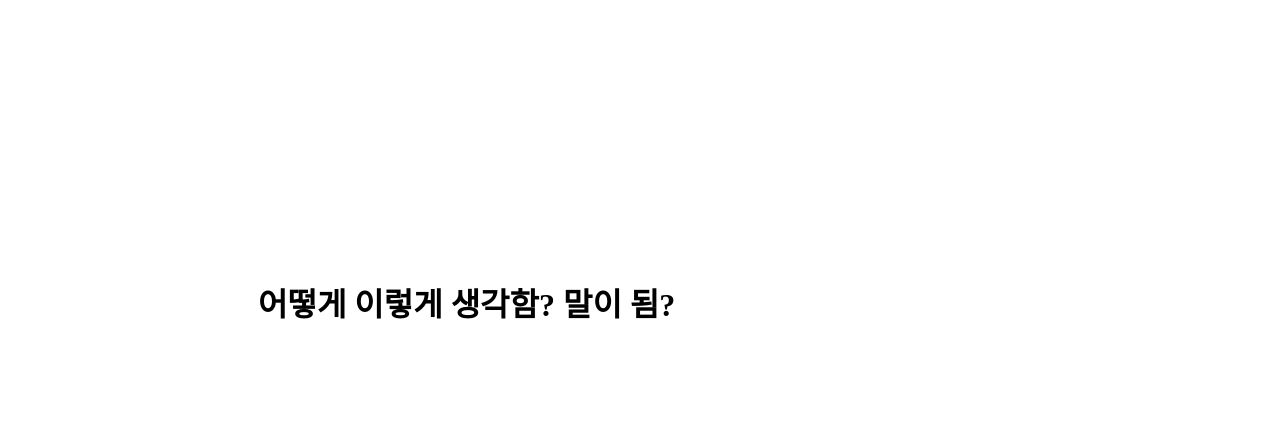
Repository: whgdkfk/web-workspace
Page: BurgerKingProject/src/main/webapp/static/Request_Page.html
These files come from the project's save history. The page is drawn as it stood at one moment and after the next save; the edit follows.
The browser window is 1280 px wide. The pictures show the whole page.

Above is the page before, as saved 2025-03-07 07:23:03.

### BurgerKingProject/src/main/webapp/static/Request_Page.html
<!DOCTYPE html>
<html>
<head>
<meta charset="UTF-8">
<title>눌렀음</title>
<style>
	body {
		padding: 250px;
	}
</style>
</head>
<body>
	<h1>어떻게 이렇게 생각함? 말이 됨?</h1>
	<br></br>
</body>
</html>

After the next save:
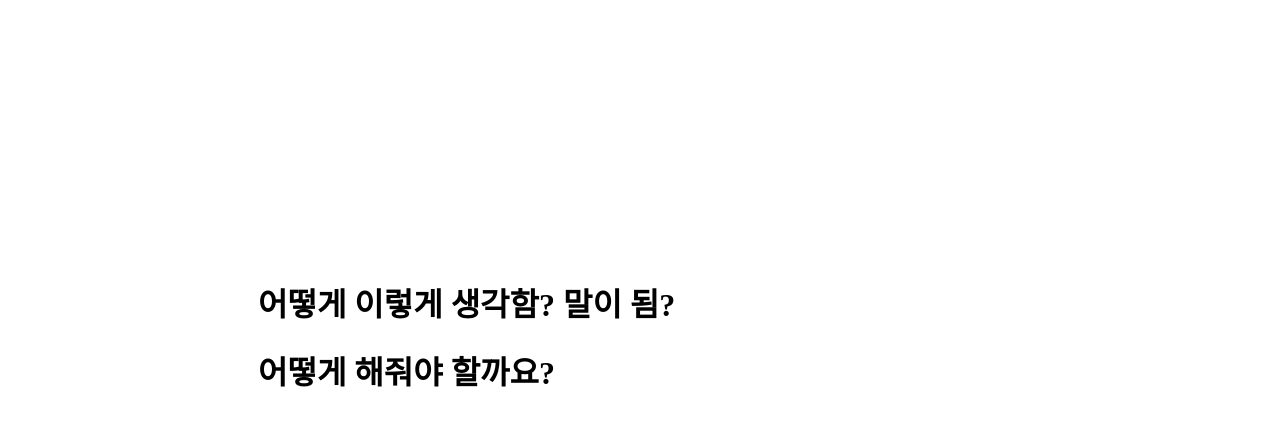
Saved 91 s later.
--- a/BurgerKingProject/src/main/webapp/static/Request_Page.html
+++ b/BurgerKingProject/src/main/webapp/static/Request_Page.html
@@ -11,6 +11,8 @@
 </head>
 <body>
 	<h1>어떻게 이렇게 생각함? 말이 됨?</h1>
-	<br></br>
+
+	<h1>어떻게 해줘야 할까요?</h1>
+
 </body>
 </html>
